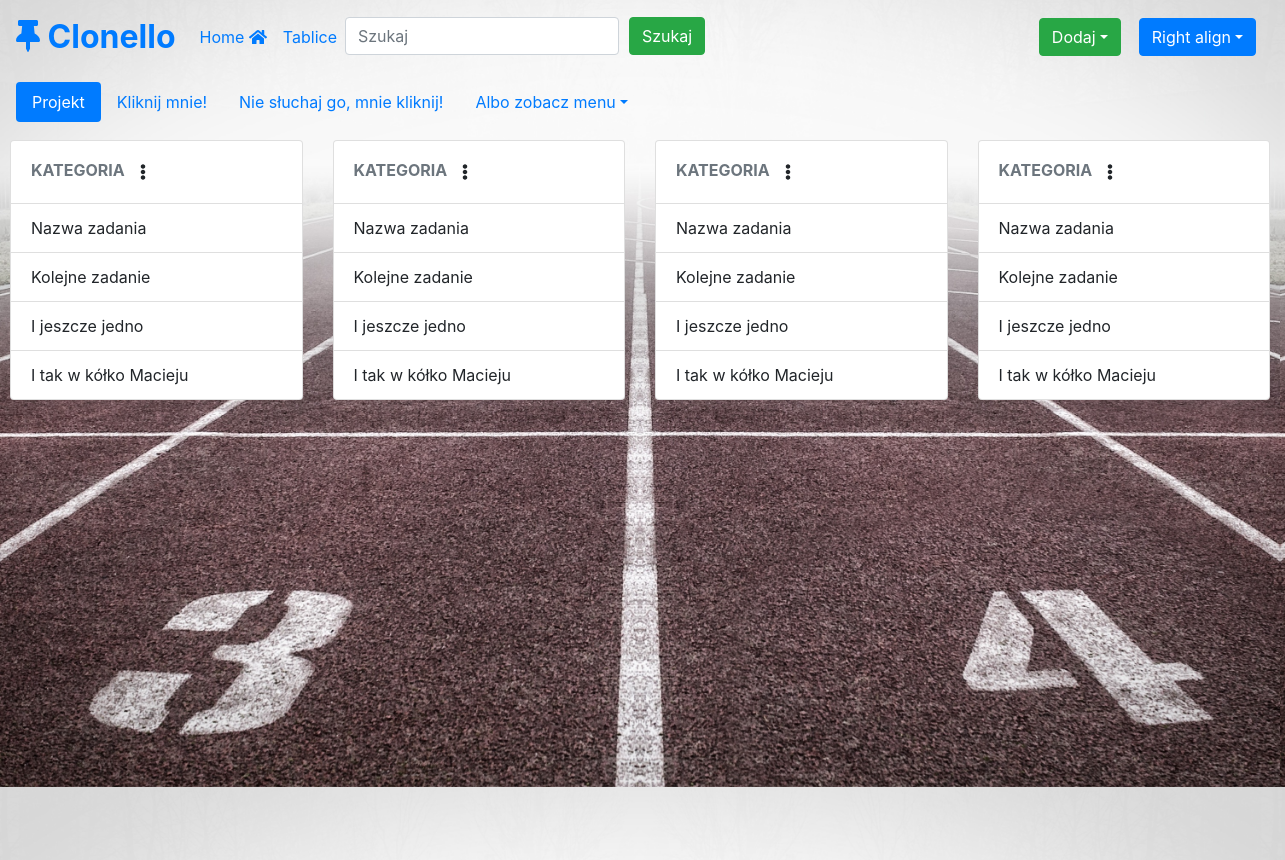
Repository: jnehlt/PAW-lab
Page: / (app in Frontend/clonello/)
These files come from the project's save history. The page is drawn as it stood at one moment and after the next save; the edit follows.
The browser window is 1280 px wide. The page is 1285 px wide, so the pictures cover 1285 px, including what lies to the right of the window. The pictures show the whole page.
The project was rebuilt for these pictures with package versions that can differ from the ones it lists, and the page was loaded fresh each time.

Above is the page before, as saved 2020-04-24 22:52:18.

### Frontend/clonello/src/main.js
import "@babel/polyfill";
import "mutationobserver-shim";
import Vue from "vue";
import "./plugins/bootstrap-vue";
import App from "./App.vue";
import router from "./router";
import "@fortawesome/fontawesome-free/css/all.css";
import "@fortawesome/fontawesome-free/js/all.js";

Vue.config.productionTip = false;

new Vue({
  router,
  render: h => h(App)
}).$mount("#app");

### Frontend/clonello/src/App.vue
<template>
  <div id="app">
    <topheader></topheader>
    <projectheader></projectheader>

    <div class="row">
        <maincard></maincard>
        <maincard></maincard>
        <maincard></maincard>
        <maincard></maincard>
        <maincard></maincard>
        <maincard></maincard>
        <maincard></maincard>
        <maincard></maincard>
    </div>
    <router-view />
  </div>
</template>

<script>
import TopHeader from "@/components/TopHeader.vue";
import ProjectHeader from "@/components/ProjectHeader.vue";
import MainCard from "@/components/MainCard.vue";

export default {
  components: {
    "topheader": TopHeader,
    "projectheader": ProjectHeader,
    "maincard": MainCard
  }
};
</script>

<style lang="scss">

body {
    background-image: url("../src/assets/running-track-sn-3000x2001.jpg");
    background-size: cover;
    background-position: center;
}

.dropdown-header {
    font-size: larger;
    font-weight: bolder;
}

html, body {
    height: 100%;
}

.list-head {
    font-weight: bolder;
    text-transform: uppercase;
}

.btn {
    margin-left: 2px;
}


.row {
  display: flex;
  flex-wrap: nowrap;
  overflow-x: auto;
  margin-left: -5px;
  margin-right: -5px;
  margin-top: 10px;
  height: 100vh;
}

::-webkit-scrollbar {
  height: 4px;              /* height of horizontal scrollbar ← You're missing this */
  width: 4px;               /* width of vertical scrollbar */
  border: 1px solid #d5d5d5;
  margin-left: -5px;
  margin-right: -5px;
}


</style>

### Frontend/clonello/src/components/TopHeader.vue
<template>
  <div>
    <nav class="navbar navbar-expand-lg">
      <a class="navbar-brand" href="#"><i class="fas fa-thumbtack"></i> Clonello</a>
      <button class="navbar-toggler navbar-dark" type="button" data-toggle="collapse" data-target="#navbarNav" aria-controls="navbarNav" aria-expanded="false" aria-label="Toggle navigation">
          <span class="navbar-toggler-icon"></span>
      </button>
      <div class="collapse navbar-collapse" id="navbarNav">
        <ul class="navbar-nav mr-auto">
          <li class="nav-item">
            <a class="nav-link" href="#">Home <i class="fas fa-home"></i></a>
          </li>
          <li class="nav-item">
            <a class="nav-link" href="#">Tablice</a>
          </li>
          <li class="nav-item">
            <form class="form-inline my-2 my-lg-0">
              <input class="form-control mr-sm-2" type="search" placeholder="Szukaj" aria-label="Search">
              <button class="btn btn-success my-2 my-sm-0" type="submit">Szukaj</button>
            </form>
          </li>
        </ul>
        <ul class="navbar-right navbar-nav">
          <li>
            <b-dropdown id="dropdown-right" right text="Dodaj" variant="success" class="m-2">
              <b-dropdown-item href="#">Action</b-dropdown-item>
              <b-dropdown-item href="#">Another action</b-dropdown-item>
              <b-dropdown-item href="#">Something else here</b-dropdown-item>
            </b-dropdown>
            <b-dropdown id="dropdown-right" right text="Right align" variant="primary" class="m-2">
              <b-dropdown-item href="#">Action</b-dropdown-item>
              <b-dropdown-item href="#">Another action</b-dropdown-item>
              <b-dropdown-item href="#">Something else here</b-dropdown-item>
            </b-dropdown>
          </li>
        </ul>
      </div>
    </nav>
  </div>
  <!-- class="btn btn-success" type="button" data-toggle="collapse" data-target="#collapseAdd" aria-expanded="false" aria-controls="collapseAdd">Dodaj <i class="fas fa-plus"></i>
            </button> -->
</template>

<script>



export default {

};
</script>

<!-- Add "scoped" attribute to limit CSS to this component only -->
<style scoped lang="scss">
.navbar-brand {
    font-weight: bolder;
    font-size: 2em;
}

.navbar {
    background-color: transparent;
}

.navbar-toggler {
    background-color: #4e555b;
}
</style>

### Frontend/clonello/src/components/ProjectHeader.vue
<template>
  <div>
      <div class="navbar navbar-expand-lg">
      <ul class="nav nav-pills nav-fill">
        <li class="nav-item">
          <a class="nav-link active" href="#">Projekt</a>
        </li>
        <li class="nav-item">
          <a class="nav-link" href="#">Kliknij mnie!</a>
        </li>
        <li class="nav-item">
          <a class="nav-link" href="#">Nie słuchaj go, mnie kliknij!</a>
        </li>
        <li class="nav-item dropdown">
          <a class="nav-link dropdown-toggle" data-toggle="dropdown" href="#" role="button" aria-haspopup="true" aria-expanded="false">Albo zobacz menu</a>
          <div class="dropdown-menu">
            <h5 class="dropdown-header">Menu</h5>
            <div class="dropdown-divider"></div>
            <a class="dropdown-item" href="#">No dobra</a>
            <a class="dropdown-item" href="#">Trochę zamieszania</a>
            <a class="dropdown-item" href="#">Dziwnie wyszło</a>
            <a class="dropdown-item" href="#">Ale klinkij tamte</a>
          </div>
        </li>
      </ul>
    </div>
  </div>
</template>

<script>
export default {

}
</script>

<style>
.navbar-brand {
    font-weight: bolder;
    font-size: 2em;
}

.navbar {
    background-color: transparent;
}

.navbar-toggler {
    background-color: #4e555b;
}
</style>

### Frontend/clonello/src/components/MainCard.vue
<template>
        <div class="col-3 col-md-3 col-sm-3">
            <ul class="list-group">
                <li class="list-group-item disabled list-head" aria-disabled="true">Kategoria<button class="btn btn-kropki"><i class="fas fa-ellipsis-v"></i></button></li>
                <li class="list-group-item">Nazwa zadania</li>
                <li class="list-group-item">Kolejne zadanie</li>
                <li class="list-group-item">I jeszcze jedno</li>
                <li class="list-group-item">I tak w kółko Macieju</li>
            </ul>
        </div>

</template>

<script>
export default {

}
</script>

<style>

</style>

### Frontend/clonello/src/views/Home.vue
<template>
  <div class="home"></div>
</template>

<script>
// @ is an alias to /src
export default {
  name: "Home",
  components: {}
};
</script>

Loaded but not shown: Frontend/clonello/public/index.html (common file); Frontend/clonello/src/plugins/bootstrap-vue.js (common file); Frontend/clonello/src/router/index.js (common file)

After the next save:
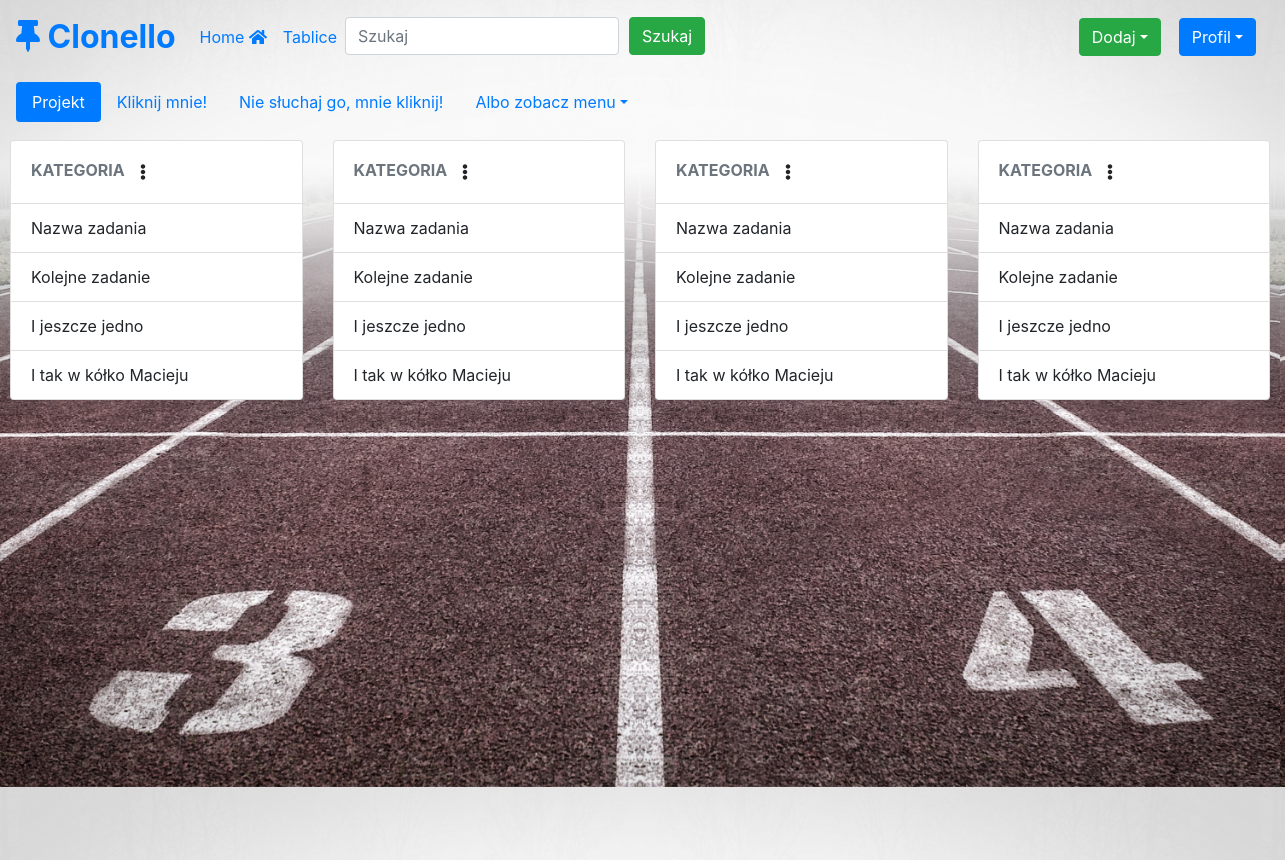
Saved 16 min 32 s later.
--- a/Frontend/clonello/src/components/TopHeader.vue
+++ b/Frontend/clonello/src/components/TopHeader.vue
@@ -27,7 +27,7 @@
               <b-dropdown-item href="#">Another action</b-dropdown-item>
               <b-dropdown-item href="#">Something else here</b-dropdown-item>
             </b-dropdown>
-            <b-dropdown id="dropdown-right" right text="Right align" variant="primary" class="m-2">
+            <b-dropdown id="dropdown-right" right text="Profil" variant="primary" class="m-2">
               <b-dropdown-item href="#">Action</b-dropdown-item>
               <b-dropdown-item href="#">Another action</b-dropdown-item>
               <b-dropdown-item href="#">Something else here</b-dropdown-item>
